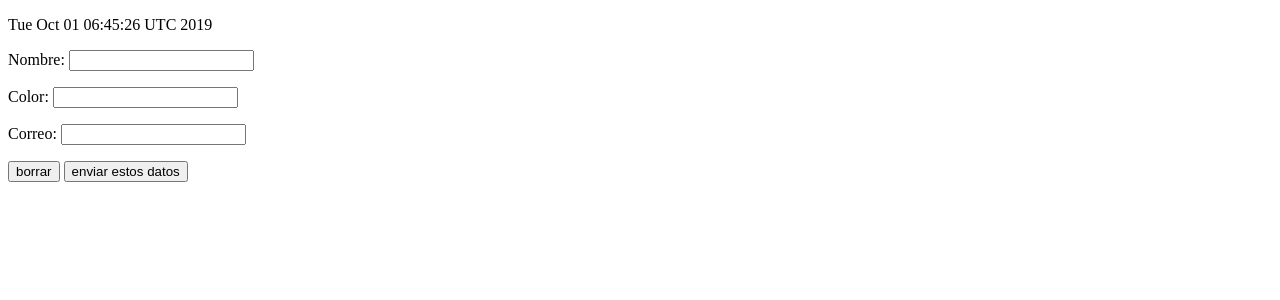
Repository: weertop/2DAW
Page: http://localhost/Formularios/controlText.jsp
These files come from the project's save history. The page is drawn as it stood at one moment and after the next save; the edit follows.
The browser window is 1280 px wide. The pictures show the whole page.
The page is served by Tomcat 9.

Above is the page before, as saved 2019-10-01 06:55:33.

After the next save:
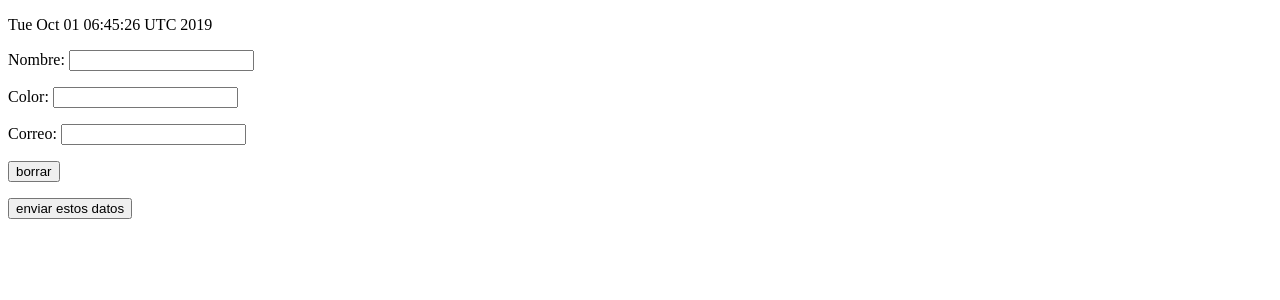
Saved 7 s later.
--- a/DWServidor/eclipse-workspace-photom/Formularios/WebContent/controlText.jsp
+++ b/DWServidor/eclipse-workspace-photom/Formularios/WebContent/controlText.jsp
@@ -15,7 +15,7 @@
 		<p> Nombre: <input type="text" name="nombre" /> </p>
 		<p> Color: <input type="text" name="color" /> </p>
 		<p> Correo: <input type="text" name="correo" /> </p>
-		<p><input type="reset" name="borrar" value="borrar" />
+		<p> <input type="reset" name="borrar" value="borrar" />	</p>
 		<input type="submit" name="enviar" value="enviar estos datos" /> <!-- el value es lo que se enviara -->
 	</form>
 </body>
